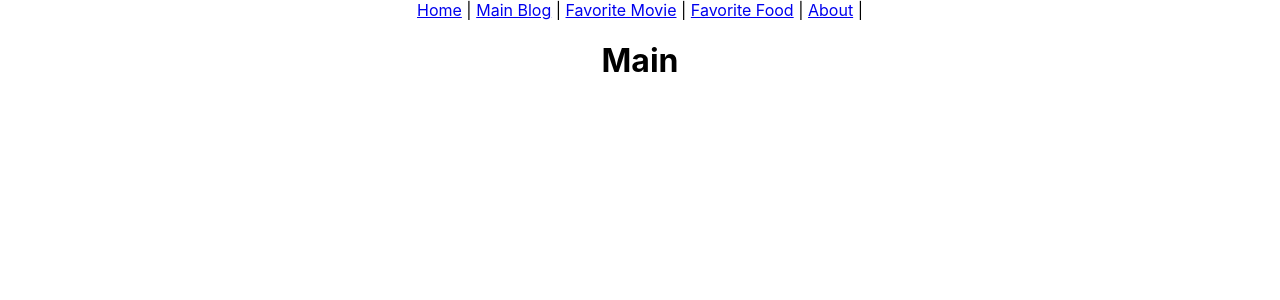
Repository: cerebrium/blogreact
Page: /mainblog
An editor plug-in stored every save of this project. The page is shown before and after a run of saves, followed by the edit.
The browser window is 1280 px wide. The pictures show the whole page.
The project was rebuilt for these pictures with package versions that can differ from the ones it lists, and the page was loaded fresh each time. Also part of the build but not shown: src/Home.jsx, src/FavoriteMovie.jsx, src/FavoriteFood.jsx, src/About.jsx.

Above is the page before, as saved 2019-10-31 16:28:08.

### src/App.jsx
import React from 'react';
import './App.css';
import Mainblog from './Mainblog';
import Home from './Home';
import FavoriteMovie from './FavoriteMovie';
import FavoriteFood from './FavoriteFood';
import About from './About';
import {
  BrowserRouter as Router,
  Route,
  Link
} from 'react-router-dom';

function App() {
  return (
    <Router>
      <div className="App">
        <nav><Link to='/' >Home</Link> | <Link to='/mainblog' >Main Blog</Link> | <Link to='/favoritemovie' >Favorite Movie</Link> | <Link to='/favoritefood' >Favorite Food</Link> | <Link to='/about' >About</Link> | </nav>
        <Route exact path='/' component={Home}/>
        <Route exact path='/mainblog' component={Mainblog}/>
        <Route exact path='/favoritefood' component={FavoriteFood}/>
        <Route exact path='/favoritemovie' component={FavoriteMovie}/>
        <Route exact path='/about' component={About}/>
      </div>
    </Router>
  );
}

export default App;

### src/Mainblog.jsx
import React from 'react';

function Home () {

    return (
        <h1>Main</h1>
    )
}

export default Home;

Loaded but not shown: public/index.html (common file); src/index.js (common file); src/index.css (common file); src/serviceWorker.js (common file); src/App.css (common file)

After the next 2 saves:
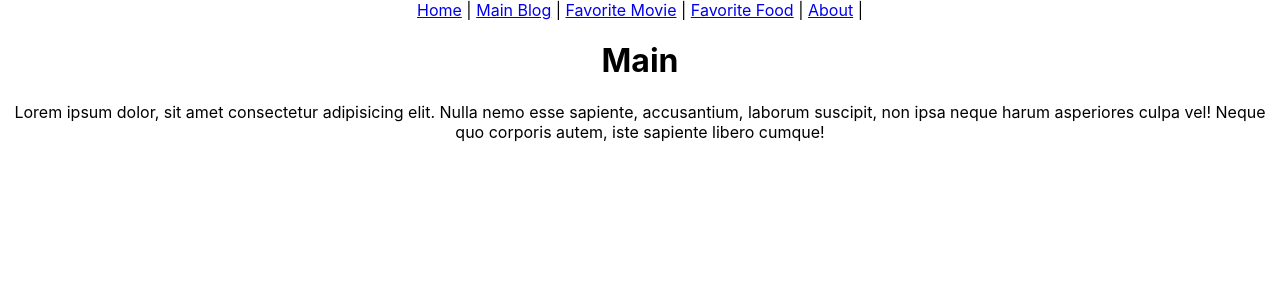
The 2 saves are shown as one change because 1 did not build or start.
The last was saved 59 s later.
--- a/src/Mainblog.jsx
+++ b/src/Mainblog.jsx
@@ -3,7 +3,10 @@ import React from 'react';
 function Home () {
 
     return (
-        <h1>Main</h1>
+        <>
+            <h1>Main</h1>
+            <p>Lorem ipsum dolor, sit amet consectetur adipisicing elit. Nulla nemo esse sapiente, accusantium, laborum suscipit, non ipsa neque harum asperiores culpa vel! Neque quo corporis autem, iste sapiente libero cumque!</p>
+        </>
     )
 }
 
